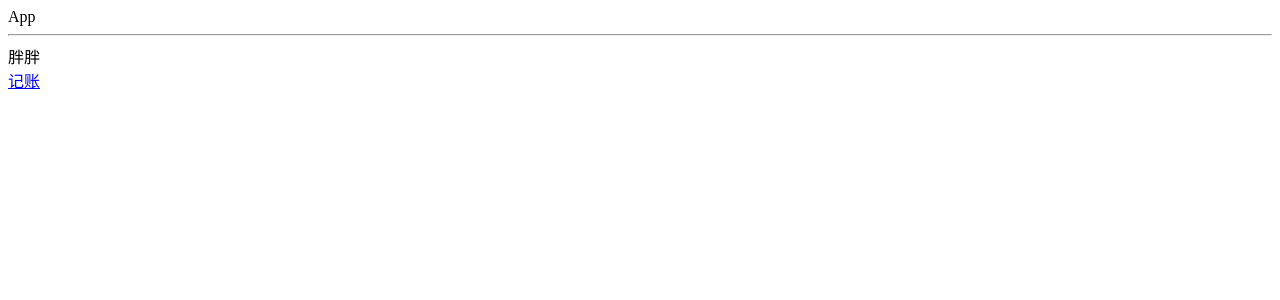
Repository: jiujiu407/bookkeeping
Page: /#/labels
These files come from the project's save history. The page is drawn as it stood at one moment and after the next save; the edit follows.
The browser window is 1280 px wide. The pictures show the whole page.
The project was rebuilt for these pictures with package versions that can differ from the ones it lists, and the page was loaded fresh each time. Also part of the build but not shown: vue.config.js, src/views/Money.vue, src/views/Statistics.vue.

Above is the page before, as saved 2021-10-14 15:07:40.

### src/App.vue
import router from '../.history/src/router/index_20211014144307';
<template>
<div>
  App
  <hr/>
  <router-view/>
  <div>
    <router-link to="/money">记账</router-link>

  </div>
</div>
</template>

<style lang="scss">
#app {
  font-family: Avenir, Helvetica, Arial, sans-serif;
  -webkit-font-smoothing: antialiased;
  -moz-osx-font-smoothing: grayscale;
  text-align: center;
  color: #2c3e50;
}

#nav {
  padding: 30px;

  a {
    font-weight: bold;
    color: #2c3e50;

    &.router-link-exact-active {
      color: #42b983;
    }
  }
}
</style>

### src/router/index.ts
import Vue from 'vue'
import VueRouter, { RouteConfig } from 'vue-router'
import Home from '../views/Home.vue'
import Money from '@/views/Money.vue'
import Labels from '@/views/Labels.vue'
import Statistics from '@/views/Statistics.vue'
Vue.use(VueRouter)

const routes: Array<RouteConfig> = [
  {
    // 根路径，重定向到money页面
    path:'/',
    redirect:'/money'
  },
 {
   path:'/money',
   component:Money
 },
 {
   path:'/labels',
   component:Labels
 },
 {
  path:'/statistics',
  component:Statistics
}
]

const router = new VueRouter({
  routes
})

export default router

### src/views/Labels.vue
<template>
    <div>
    胖胖
    </div>
</template>

<script>
    export default {

    }
</script>

<style lang="scss" scoped>

</style>

Loaded but not shown: public/index.html (common file); src/main.ts (common file); src/registerServiceWorker.ts (common file); src/store/index.ts (common file)

After the next save:
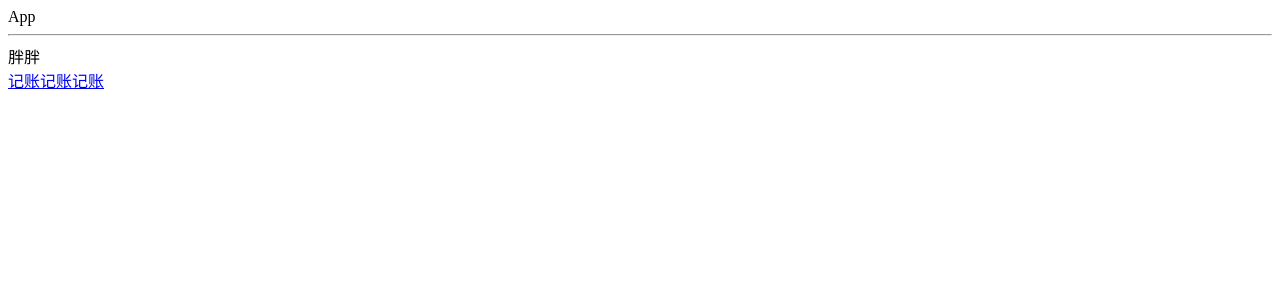
Saved 4 s later.
--- a/src/App.vue
+++ b/src/App.vue
@@ -6,7 +6,8 @@ import router from '../.history/src/router/index_20211014144307';
   <router-view/>
   <div>
     <router-link to="/money">记账</router-link>
-
+    <router-link to="/money">记账</router-link>
+    <router-link to="/money">记账</router-link>
   </div>
 </div>
 </template>
